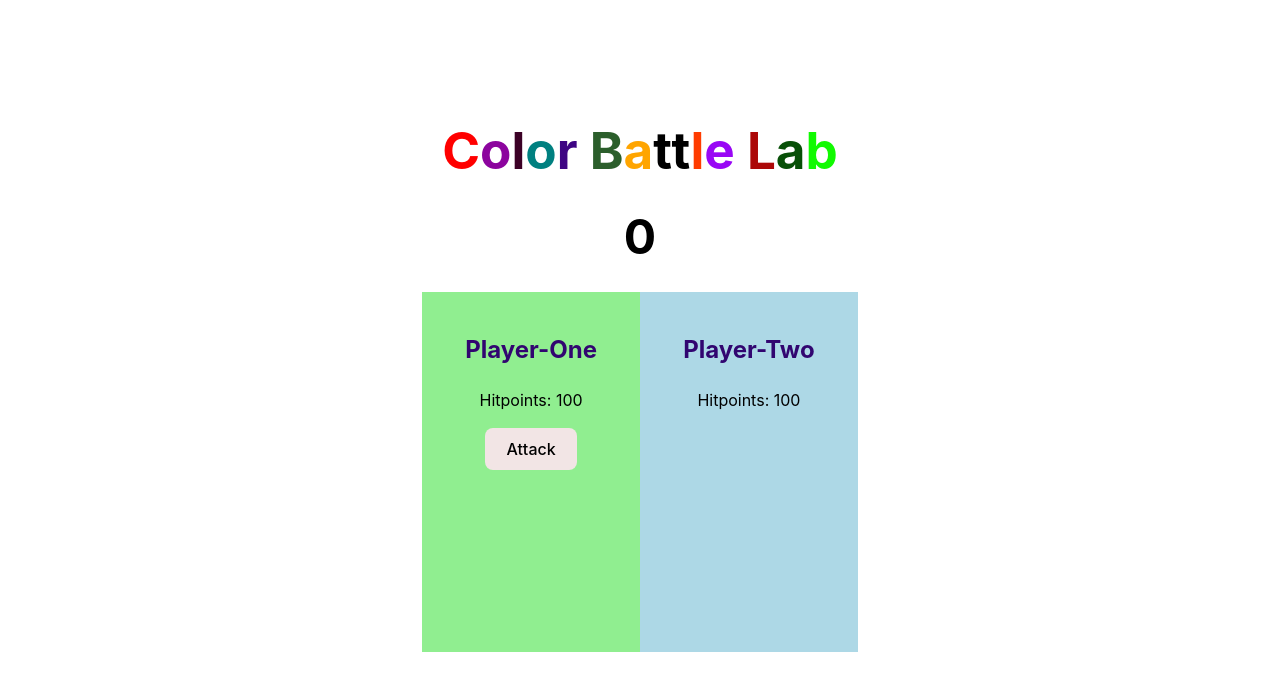
Repository: RAWdevX21/color-battle_lab-build
Page: /
The author's editor kept a copy of each file at every save. The page is drawn from the files as they stood at one save, then again after the next save.
The browser window is 1280 px wide. The pictures show the whole page.
The project was rebuilt for these pictures with package versions that can differ from the ones it lists, and the page was loaded fresh each time. Also part of the build but not shown: vite.config.js.

Above is the page before, as saved 2023-08-17 05:30:05.

### index.html
<!doctype html>
<html lang="en">
  <head>
    <meta charset="UTF-8" />
    <link rel="icon" type="image/svg+xml" href="/vite.svg" />
    <meta name="viewport" content="width=device-width, initial-scale=1.0" />
    <title>Color Battle</title>
  </head>
  <body>
    <div id="root"></div>
    <script type="module" src="/src/main.jsx"></script>
  </body>
</html>

### src/App.jsx
import { useState } from "react";
import GameBanner from "./Components/GameBanner";
import Player from "./Components/PlayerInfo";
import "./App.css";

export default function App() {

  const [player1, setPlayer1] = useState({
    name: "Player-One",
    color: "lightgreen",
    hitpoints: 100,
    turn: true
  });

  const [player2, setPlayer2] = useState({
    name: "Player-Two",
    color: "lightblue",
    hitpoints: 100,
    turn: false
  });

  const [dice, setDice] = useState(0);

  const handleAttack = (attacker, defender, setAttacker, setDefender) => {
    const damage = Math.floor(Math.random() * 6) + 1;
    setDice(damage);

    const updatedDefender = {
      ...defender,
      hitpoints: defender.hitpoints - damage
    };
    const updatedAttacker = { ...attacker, turn: false };

    setDefender(updatedDefender);
    setAttacker(updatedAttacker);

    // Switch turns
    if (attacker === player1) {
      setPlayer2({ ...player2, turn: true });
    } else {
      setPlayer1({ ...player1, turn: true });
    }


    if (updatedDefender.hitpoints <= 0) {
      alert(`${attacker.name} wins!`);
    }
  };

  return (
    <div className="game-board">
      <GameBanner damagePoints={dice} />

      <div className="players-container">
        <div className="player-wrapper">
          <Player
            player={player1}
            onAttack={() =>
              handleAttack(player1, player2, setPlayer1, setPlayer2)
            }
          />
        </div>
        <div className="player-wrapper">
          <Player
            player={player2}
            onAttack={() =>
              handleAttack(player2, player1, setPlayer2, setPlayer1)
            }
          />
        </div>
      </div>
    </div>
  );
}

### src/index.css
:root {
  font-family: Inter, system-ui, Avenir, Helvetica, Arial, sans-serif;
  line-height: 1.5;
  font-weight: 400;

  color-scheme: light dark;
  background-color: #242424;

}

body {
  margin: 0;
  display: flex;
  place-items: center;
  min-width: 320px;
  min-height: 100vh;
}

h1 {
  font-size: 3.2em;
  line-height: 1.1;
}

button {
  border-radius: 8px;
  border: 1px solid transparent;
  padding: 0.6em 1.2em;
  font-size: 1em;
  font-weight: 500;
  font-family: inherit;
  background-color: #1a1a1a;
  cursor: pointer;
  transition: border-color 0.25s;
}
button:hover {
  border-color: #646cff;
}
button:focus,
button:focus-visible {
  outline: 4px auto -webkit-focus-ring-color;
}

@media (prefers-color-scheme: light) {
  :root {
    background-color: #ffffff;
  }

  button {
    background-color: #ffffff;
  }
}

### src/Components/GameBanner.jsx
import './GameBanner.css';
import Die from "./Die";

const GameBanner = ({ damagePoints }) => {
    return (
      <div className="banner">
        <h1>
          <span className="banner--c">C</span>
          <span className="banner--o">o</span>
          <span className="banner--l">l</span>
          <span className="banner--o2">o</span>
          <span className="banner--r">r</span>
          &nbsp;
          <span className="banner--b">B</span>
          <span className="banner--a">a</span>
          <span className="banner--t">t</span>
          <span className="banner--t">t</span>
          <span className="banner--l2">l</span>
          <span className="banner--e">e</span>
          &nbsp;
          <span className="banner--l3">L</span>
          <span className="banner--a2">a</span>
          <span className="banner--b2">b</span>
        </h1>
        <div className="damage-points">
          <Die value={damagePoints} />
        </div>
      </div>
    );
}

export default GameBanner;

### src/Components/PlayerInfo.jsx
import "./PlayerInfo.css";

const Player = ({ player, onAttack }) => {
  return (
    <div className="player" style={{ backgroundColor: player.color }}>
      <h2>{player.name}</h2>
      <p>Hitpoints: {player.hitpoints}</p>
      {player.turn && (
        <button className="attack-button" onClick={onAttack}>
          Attack
        </button>
      )}
    </div>
  );
};

export default Player;

### src/App.css
#root {
  margin: 0 auto;
  padding: 2rem;
  text-align: center;
}

h2 {
  color: rgb(49, 5, 112);
}

.game-board {
  padding: auto 1rem;
}

.players-container {
  display: flex;
  align-items: stretch;
}

.player-wrapper {
  flex: 1;
  height: 50vh !important;
  min-height: 50vh !important;
  box-sizing: border-box;
  overflow: hidden !important;
}

### src/Components/GameBanner.css
.banner {
    text-align: center;
    padding: 20px;
    background-color: #ffffff;
    color: black;
}

.damage-points {
    margin-top: 10px;
    font-size: 6rem;
}

.banner h1 span.banner--c { color: red; }
.banner h1 span.banner--o { color: rgb(140, 4, 158); }
.banner h1 span.banner--l { color: rgb(60, 1, 38); }
.banner h1 span.banner--o2 { color: teal; }
.banner h1 span.banner--r { color: rgb(62, 5, 131); }
.banner h1 span.banner--b { color: rgb(43, 94, 43); }
.banner h1 span.banner--a { color: orange; }
.banner h1 span.banner--t { color: black; }
.banner h1 span.banner--l2 { color: rgb(255, 60, 0); }
.banner h1 span.banner--e { color: rgb(153, 7, 245); }
.banner h1 span.banner--l3 { color: rgb(172, 8, 8); }
.banner h1 span.banner--a2 { color: rgb(8, 80, 8); }
.banner h1 span.banner--b2 { color: rgb(17, 250, 1); }

### src/Components/Die.jsx
import "./Die.css";

const Die = ({ value }) => {
  return <div className="die-container">{value}</div>;
};

export default Die;

### src/Components/PlayerInfo.css
div.player {
    height: 30rem;
    overflow: hidden;
}

.player {
    padding: 20px;
    box-sizing: border-box;
    background-color: #f5f5f5;
}

.attack-button {
    padding: 10px 20px;
    background-color: rgb(242, 229, 229);
    color: black;
    cursor: pointer;
}

### src/Components/Die.css
.die {
    text-align: center;
    font-size: 20px;
    margin-top: 20px;
}

.die-container {
    width: 50px;
    height: 50px;
    /* border: 2px solid black; */
    /* border-radius: 8px; */
    display: flex;
    align-items: center;
    justify-content: center;
    font-size: 3rem;
    font-weight: bold;
    margin: 10px auto;
}

Loaded but not shown: src/main.jsx (common file)

After the next save:
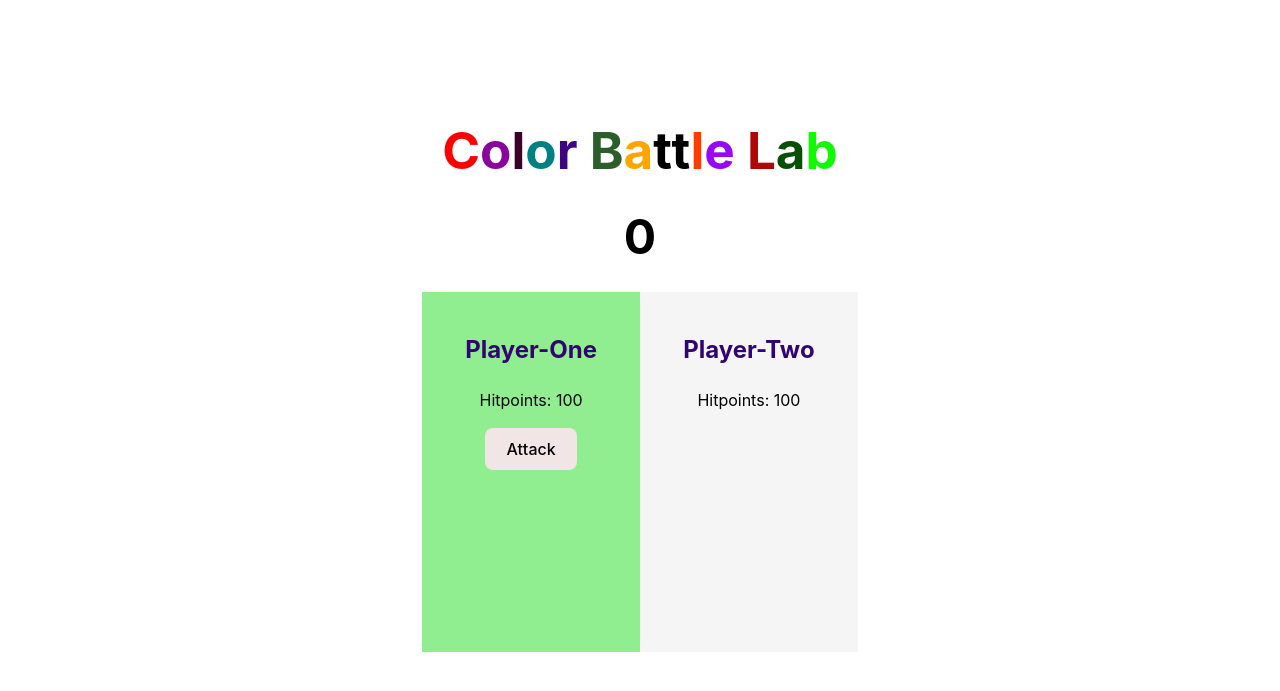
Saved 10 s later.
--- a/src/App.jsx
+++ b/src/App.jsx
@@ -14,7 +14,7 @@ export default function App() {
 
   const [player2, setPlayer2] = useState({
     name: "Player-Two",
-    color: "lightblue",
+    color: "babyblue",
     hitpoints: 100,
     turn: false
   });
